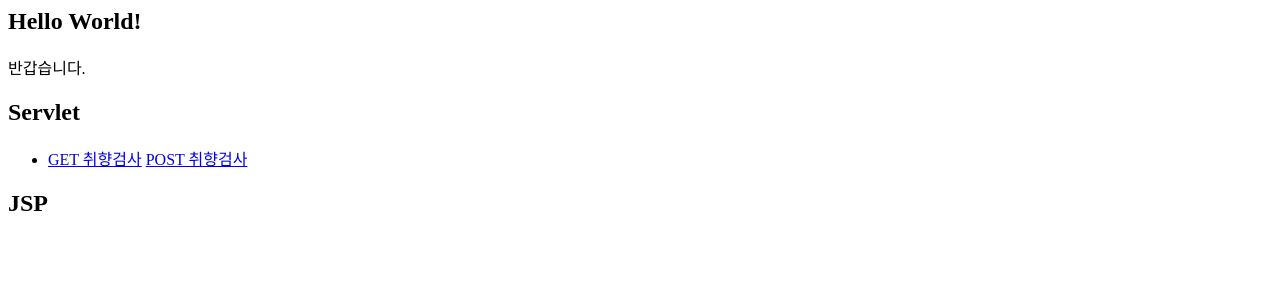
Repository: hjh705/web_server_workspace
Page: http://localhost/hello-web/
The author's editor kept a copy of each file at every save. The page is drawn from the files as they stood at one save, then again after the next save.
The browser window is 1280 px wide. The pictures show the whole page.
The page is served by Tomcat 9. Other server files are loaded and not shown.

Above is the page before, as saved 2023-12-06 05:21:19.

### hello-web/src/main/webapp/index.jsp
<%@ page language="java" contentType="text/html; charset=UTF-8"
            pageEncoding="UTF-8" %>
<html>
<head>
	<meta charset="utf-8">
	<title>Hello Wed</title>
</head>
<body>
<h2>Hello World!</h2>
	<p>반갑습니다.</p>

	<h2>Servlet</h2>

	<ul>
		<li>
			<!-- 서버 절대주소 요청시 /hello-web context-path(앱이름)를 반드시 포함해야 한다 -->
			<a href="/hello-web/servlet/01_testPerson.html">GET 취향검사</a>
			<a href="/hello-web/servlet/02_testPerson.html">POST 취향검사</a>
		</li>
	</ul>

	<h2>JSP</h2>
</body>
</html>

After the next save:
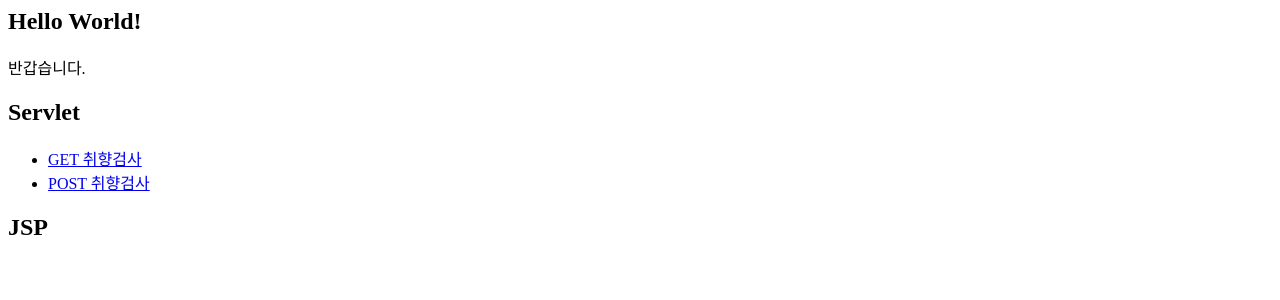
Saved 57 s later.
--- a/hello-web/src/main/webapp/index.jsp
+++ b/hello-web/src/main/webapp/index.jsp
@@ -15,6 +15,8 @@
 		<li>
 			<!-- 서버 절대주소 요청시 /hello-web context-path(앱이름)를 반드시 포함해야 한다 -->
 			<a href="/hello-web/servlet/01_testPerson.html">GET 취향검사</a>
+		</li>
+		<li>
 			<a href="/hello-web/servlet/02_testPerson.html">POST 취향검사</a>
 		</li>
 	</ul>
